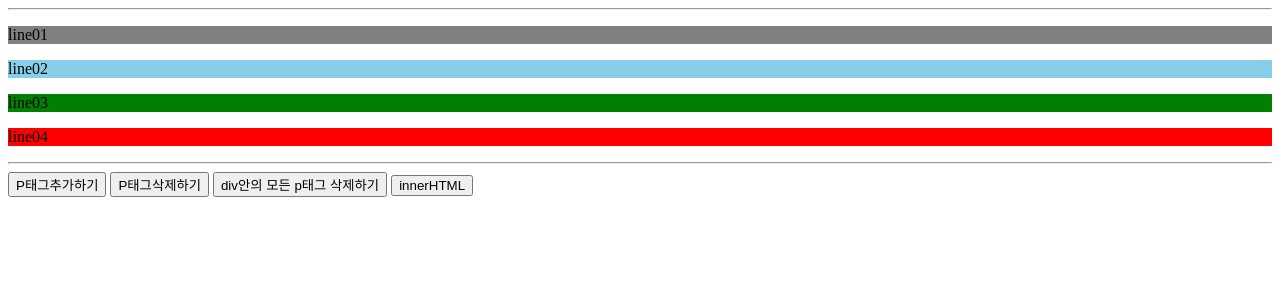
Repository: snowcuphea/webwork_class
Page: clientweb/WebContent/js_dom/domExam.html
These files come from the project's save history. The page is drawn as it stood at one moment and after the next save; the edit follows.
The browser window is 1280 px wide. The pictures show the whole page.
After loading, the first visible `#deleteallbtn` was clicked once.

Above is the page before, as saved 2020-01-10 05:33:19.
Console error: TypeError: Cannot read properties of undefined (reading 'length')

After the next save:
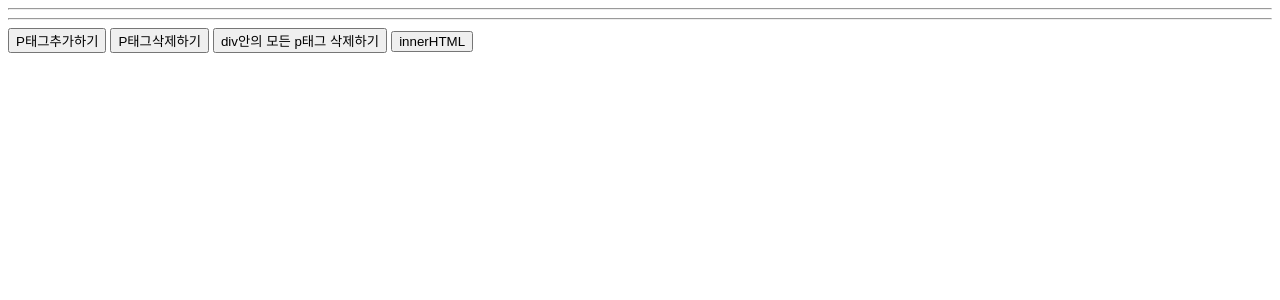
The error is gone.
Saved 14 s later.
--- a/clientweb/WebContent/js_dom/domExam.html
+++ b/clientweb/WebContent/js_dom/domExam.html
@@ -41,7 +41,7 @@
 
 
 
-		while(parentNode.childnodelist.length!=0)
+		while(childnodelist.length!=0)
 		{
 			parentNode.removeChild(parentNode.lastChild);
 		}
